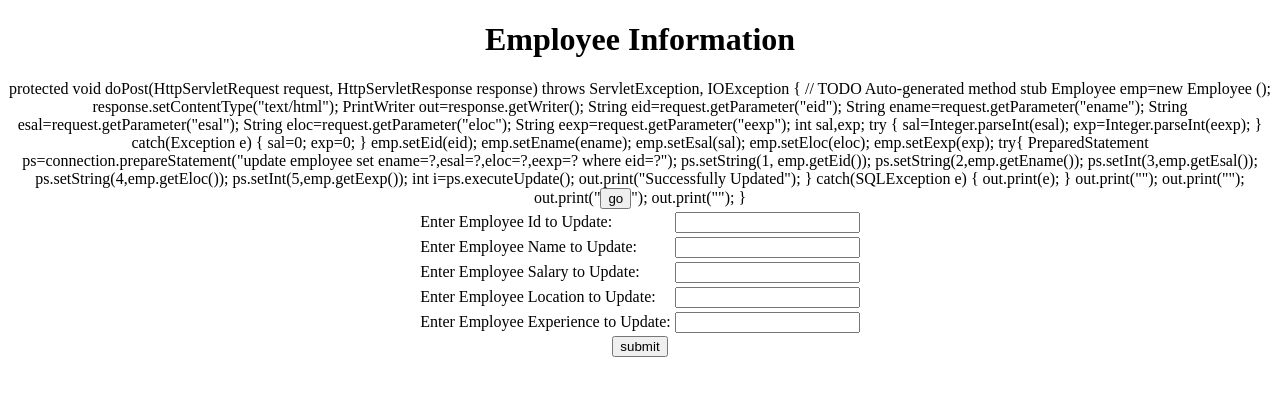
Repository: mounikagunda/corejavaproject
Page: project2/WebContent/update.html
An editor plug-in stored every save of this project. The page is shown before and after the next save, followed by the edit.
The browser window is 1280 px wide. The pictures show the whole page.

Above is the page before, as saved 2016-12-16 10:50:06.

### project2/WebContent/update.html
<!DOCTYPE html>
<html>
<head>
<meta charset="ISO-8859-1">
<title>Update</title>
</head>
<body style="background-color:White">
<div align="center">
<h1>Employee Information</h1>
<form action="update" method="post">
<table>
<tr>protected void doPost(HttpServletRequest request, HttpServletResponse response) throws ServletException, IOException
	{
		// TODO Auto-generated method stub
		Employee emp=new Employee ();
		response.setContentType("text/html");
		PrintWriter out=response.getWriter();
		String eid=request.getParameter("eid");
		String ename=request.getParameter("ename");
		String esal=request.getParameter("esal");
		String eloc=request.getParameter("eloc");
		String eexp=request.getParameter("eexp");
		int sal,exp;
		try
		{
			sal=Integer.parseInt(esal);
			exp=Integer.parseInt(eexp);
		}
		catch(Exception e)
		{
			sal=0;
			exp=0;
		}
		 emp.setEid(eid);
		 emp.setEname(ename);
		 emp.setEsal(sal);
		 emp.setEloc(eloc);
		 emp.setEexp(exp);

		 try{
			 PreparedStatement ps=connection.prepareStatement("update employee set ename=?,esal=?,eloc=?,eexp=? where eid=?");
			 ps.setString(1, emp.getEid());
			 ps.setString(2,emp.getEname());
			 ps.setInt(3,emp.getEsal());
			 ps.setString(4,emp.getEloc());
			 ps.setInt(5,emp.getEexp());
			 int i=ps.executeUpdate();
			 out.print("Successfully Updated");
		 }
		 catch(SQLException e)
		 {
			 out.print(e);

		 }
		 out.print("<html><body>");
		 out.print("<form action='index.html' "+ ">");
		 out.print("<input type='submit' value='go'>");
		 out.print("</form></body></html>");

	}

<td> Enter Employee Id to Update:</td>
<td><input type="text" name="eid"/></td>
</tr>
<tr>
<td> Enter Employee Name to Update:</td>
<td><input type="text" name="ename"/></td>
</tr>
<tr>
<td> Enter Employee Salary to Update:</td>
<td><input type="number" name="esal"/></td>
</tr>
<tr>
<td> Enter Employee Location to Update:</td>
<td><input type="text" name="eloc"/></td>
</tr>
<tr>
<td> Enter Employee Experience to Update:</td>
<td><input type="text" name="eexp"/></td>
</tr>
</table>
<input type="submit" value="submit">

</form>
</div>

</body>
</html>

After the next save:
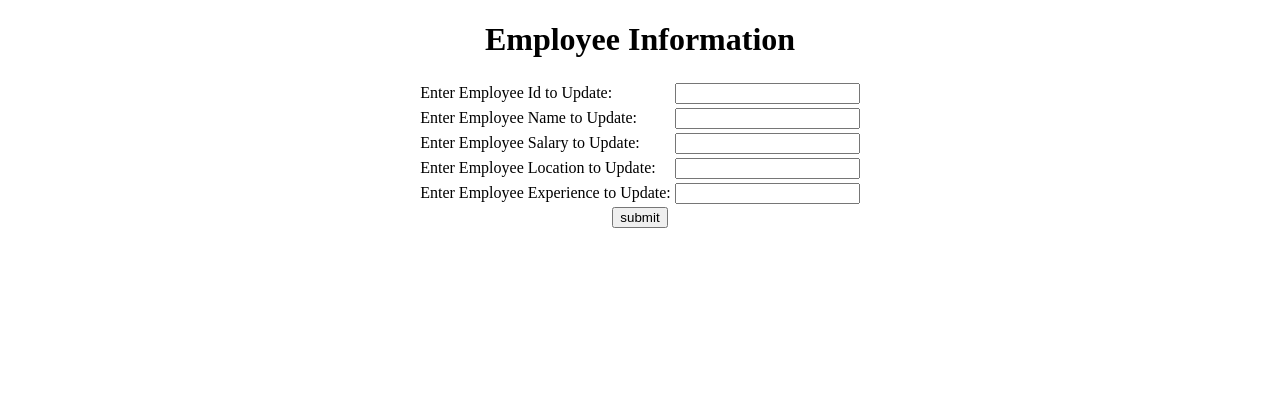
Saved 86 s later.
--- a/project2/WebContent/update.html
+++ b/project2/WebContent/update.html
@@ -9,55 +9,7 @@
 <h1>Employee Information</h1>
 <form action="update" method="post">
 <table>
-<tr>protected void doPost(HttpServletRequest request, HttpServletResponse response) throws ServletException, IOException
-	{
-		// TODO Auto-generated method stub
-		Employee emp=new Employee ();
-		response.setContentType("text/html");
-		PrintWriter out=response.getWriter();
-		String eid=request.getParameter("eid");
-		String ename=request.getParameter("ename");
-		String esal=request.getParameter("esal");
-		String eloc=request.getParameter("eloc");
-		String eexp=request.getParameter("eexp");
-		int sal,exp;
-		try
-		{
-			sal=Integer.parseInt(esal);
-			exp=Integer.parseInt(eexp);
-		}
-		catch(Exception e)
-		{
-			sal=0;
-			exp=0;
-		}
-		 emp.setEid(eid);
-		 emp.setEname(ename);
-		 emp.setEsal(sal);
-		 emp.setEloc(eloc);
-		 emp.setEexp(exp);
-
-		 try{
-			 PreparedStatement ps=connection.prepareStatement("update employee set ename=?,esal=?,eloc=?,eexp=? where eid=?");
-			 ps.setString(1, emp.getEid());
-			 ps.setString(2,emp.getEname());
-			 ps.setInt(3,emp.getEsal());
-			 ps.setString(4,emp.getEloc());
-			 ps.setInt(5,emp.getEexp());
-			 int i=ps.executeUpdate();
-			 out.print("Successfully Updated");
-		 }
-		 catch(SQLException e)
-		 {
-			 out.print(e);
-
-		 }
-		 out.print("<html><body>");
-		 out.print("<form action='index.html' "+ ">");
-		 out.print("<input type='submit' value='go'>");
-		 out.print("</form></body></html>");
-
-	}
+<tr>
 
 <td> Enter Employee Id to Update:</td>
 <td><input type="text" name="eid"/></td>
